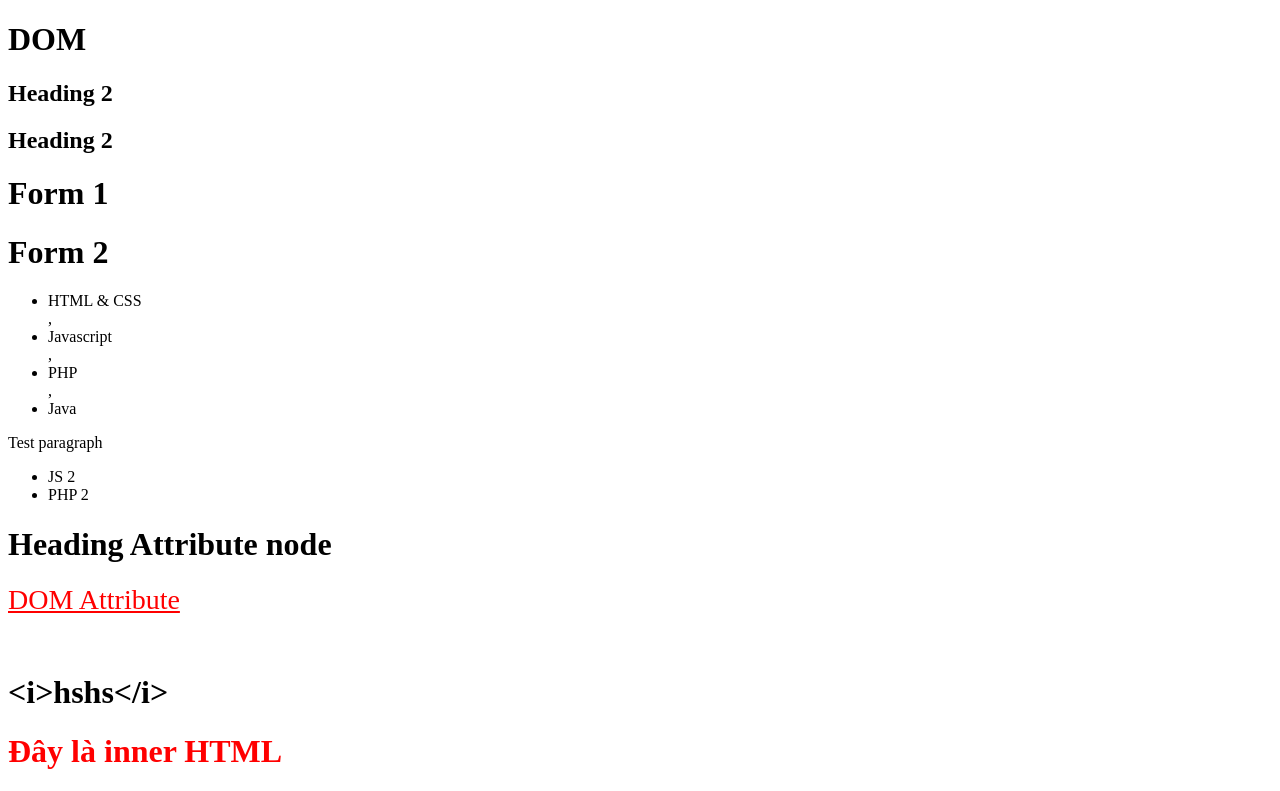
Repository: tannv3201/learn_JS_F8
Page: DOM/index.html
These files come from the project's save history. The page is drawn as it stood at one moment and after the next save; the edit follows.
The browser window is 1280 px wide. The pictures show the whole page.

Above is the page before, as saved 2022-08-07 10:06:15.

### DOM/index.html
<!DOCTYPE html>
<html lang="en">

<head>
  <meta charset="UTF-8" />
  <meta http-equiv="X-UA-Compatible" content="IE=edge" />
  <meta name="viewport" content="width=device-width, initial-scale=1.0" />
  <title>DOM</title>
</head>

<body>
  <h1 id="heading">DOM</h1>
  <h2 class="sub-heading"></h2>
  <h2 class="sub-heading"></h2>
  <h2 class="sub-heading"></h2>
  <p></p>
  <p></p>
  <div class="box">
    <h2 class="heading-2">Heading 2</h2>
    <h2 class="heading-2">Heading 2</h2>
  </div>

  <form action="" id="form1">
    <h1>Form 1</h1>
  </form>
  <form action="" id="form2">
    <h1>Form 2</h1>
  </form>

  <a href="" name="youtube"></a>

  <div class="box-1">
    <ul>
      <li>JS 1</li>
      <li>PHP 1</li>
    </ul>
    <p>Test paragraph</p>
  </div>
  <div class="box-2">
    <ul>
      <li>JS 2</li>
      <li>PHP 2</li>
    </ul>
  </div>

  <div class="box-attr">
    <h1 id="heading-attr" class="heading-attr" title="Heading">
      Heading Attribute node
    </h1>
  </div>

  <a id="dom-attr" contenteditable="">
    DOM Attribute
  </a>

  <h1 class="heading-innertext">
    Heading Text
    <style>
      .boxx {
        width: 100px;
        height: 100px;
      }
    </style>
  </h1>

  <!-- innerHTML & outerHTML -->
  <div class="box-element">

  </div>
  <ul class="courses-list">

  </ul>
  <script src="./main.js"></script>
</body>

</html>

### DOM/main.js
/**
 * DOM:
  Là quy chuẩn mô tả mô hình của các thành phần trong tài liệu HTML được đưa ra bởi W3C.
 - DOM (Document Object Model) có 3 thành phần:
    1. Element
    2. Attribute
    3. Text
 */

/**
 * DOM API
 Là bộ API nằm trong Web API có mặt trên những môi trường hỗ trợ duyệt web - như trên trình duyệt. DOM API cung cấp các đối tượng và phương thức hỗ trợ truy xuất, chỉnh sửa các đối tượng / thành phần trong DOM.
 */

/**
 * JS cung cấp phương tiện truy xuất HTML DOM
 * JS: Brower | Server (NodeJS)
 * Brower: HTML -> DOM -> DOM API
 * API: Application Programming Interface
 */

/**
 * Document object
 */

// Get element methods
// ID
// var headingNode = document.getElementById('heading')
// console.log(headingNode)

// query selector
var headingNode = document.querySelector('.box .heading-2:nth-child(2)')
console.log('querySelector', headingNode)

var headingNodes = document.querySelectorAll('.heading-2')
console.log('querySelectorAll', headingNodes)
console.log('querySelectorAll[]',headingNodes[0])

// Collection (a, form, images, ...)
console.log('document.forms[\'form1\']',document.forms['form1'])
console.log('document.forms',document.forms)
console.log('document.forms.form2', document.forms.form2)
console.log('document.anchors',document.anchors) // trả về các thẻ a có attribute name=""


// class: lấy ra số nhiều (mảng)
var subHeadingNodes = document.getElementsByClassName('sub-heading')
console.log('getElementsByClassName', subHeadingNodes)

// tag : tương tự như class
var tagName = document.getElementsByTagName('p')
console.log(tagName)


// Ví dụ
var boxNode =
    document.querySelector('.box-1');
// Công việc 1: sử dụng `boxNode`
console.log(boxNode)

// Công việc 2: sử dụng tới các li element là con của `.box-1`
console.log(boxNode.querySelectorAll('li'))
console.log(boxNode.querySelector('p'))

// 1. getElementById: trả về trực tiếp Element
// 2. getElementsByClassName: trả về HTMLCollection (mảng), muốn get Element phải dùng index []
console.log('querySelectorAll[]',headingNodes[0])
// 3. getElementsByTagName: trả về HTMLCollection (mảng)
// 4. querySelector: trả về trực tiếp Element
// 5. querySelectorAll: trả về NodeList
// 6. HTML Collection (form, a, images, ...)
console.log('document.forms',document.forms)
console.log('document.forms[\'form1\']',document.forms['form1'])
console.log('document.forms[O]',document.forms[0])
console.log('document.forms.form2', document.forms.form2)

// 7. document.write: in ra ngay sau khi được thực thi

//*******************************************************************

// Attribute node & Text node
// Được lấy ra từ node Element

// ******************************************************************
// DOM attributes

// seter: set giá trị bằng toán tử gán
var domAttr = document.querySelector('#dom-attr')
domAttr.title = 'heading' //chỉ xuất hiện khi js được thực thi
domAttr.className = 'className'
domAttr.href = '#'
console.log(domAttr)

// Set attribute không hợp lệ cho một Element nào đó (set tùy biến)
// setAttribute(tên attr, giá trị của attr)
domAttr.setAttribute('alt', '#')

// get value của attribute
// Được thêm HTML hay JS element tồn tại trong DOM -> đều có thể get được
//
console.log(domAttr.getAttribute('id'))
console.log(domAttr.getAttribute('title'))
console.log(domAttr.title) // chỉ dùng khi attribute hợp lệ
domAttr.setAttribute('style','font-size:28px; color:red;')


// *****************************************************************
// InnerText vs textContent Property:

// innerText: là thuộc tính của ElementNode (phải đi qua Node này)
// innerText:
// Chỉ lấy ra những gì hiển thị trên trình duyệt
// dùng ES6 ``. các khoảng cách sẽ chuyển thành thẻ <br>
var headingElement = document.querySelector('.heading-innertext')
console.log('inner Text: ',headingElement.innerText)
// headingElement.innerText = 'New Heading'

// textContent
// Bỏ qua các tag nhưng vẫn Lấy ra khoảng cách thực sự của Element, kể cả là css
// dùng ES6 ``. vẫn hiển thị khoảng cách nhưng HTML không hiểu

console.log('text Content: ',headingElement.textContent)
 headingElement.innerText = `
 <i>hshs</i>`
console.log('inner Text: ',headingElement.innerText)


// ******************************************************************
// Thêm attributeNode, textNode, Element vào trong 1 Element trong DOM
// innerHTML & outerHTML là 2 thuộc tính của ElementNode
// InnerHTML
    var boxElement = document.querySelector('.box-element');
    boxElement.innerHTML = '<h1 style="color:red;">Đây là inner HTML</h1>' //Thêm trực tiếp dưới dạng ElementNode, bỏ tag đi sẽ thành textNode
    console.log(boxElement.querySelector('h1').innerText)

// OuterHTML

    // Bài tập
    var coursess = ['HTML & CSS', 'Javascript', 'PHP', 'Java']

    function render(courses) {
        const ul = document.querySelector('ul');
        const output = courses.map((items)=>{
            return `<li>${items}</li>`
        })
        // output.join('') có hoặc k đều được
        ul.innerHTML = output

    }
    render(coursess)

    // ****************************************
    // Node properties
    console.log(boxElement.baseURI)

After the next save:
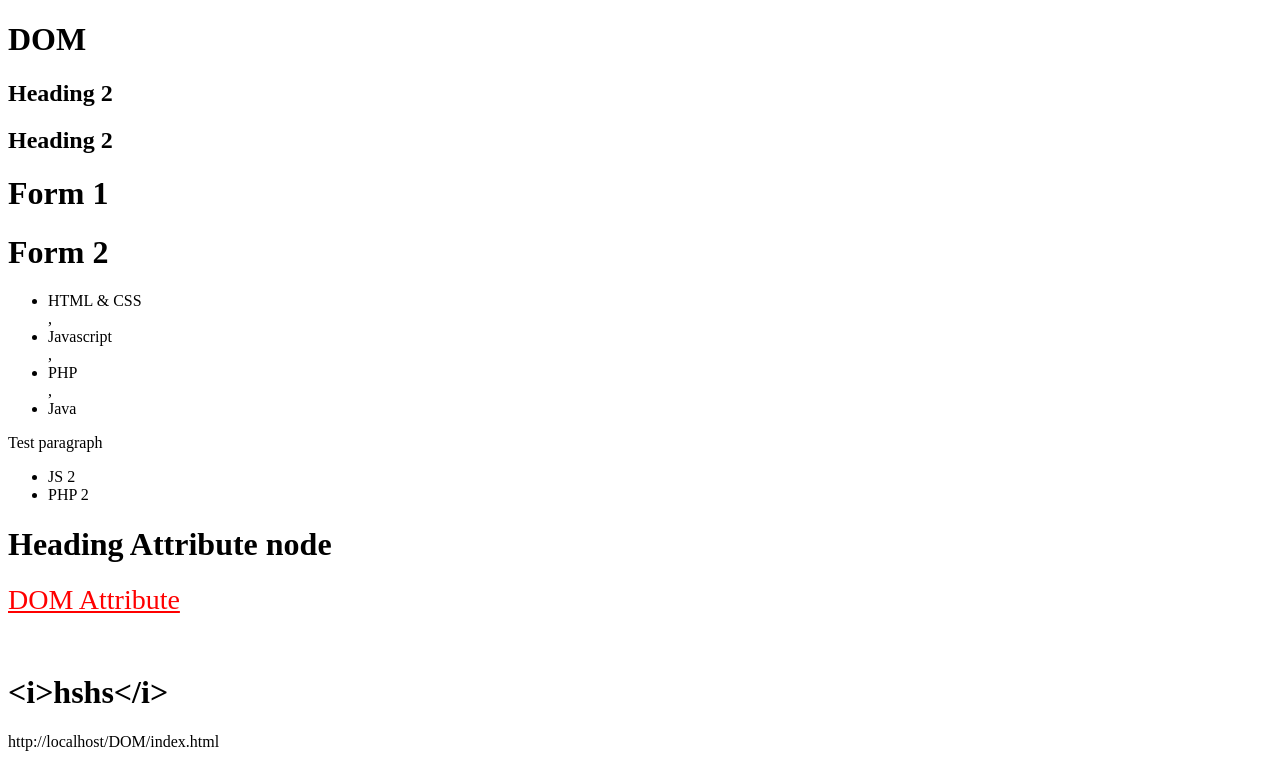
Saved 33 s later.
--- a/DOM/main.js
+++ b/DOM/main.js
@@ -152,3 +152,4 @@ console.log('inner Text: ',headingElement.innerText)
     // ****************************************
     // Node properties
     console.log(boxElement.baseURI)
+    boxElement.innerHTML = boxElement.baseURI

After the save that followed:
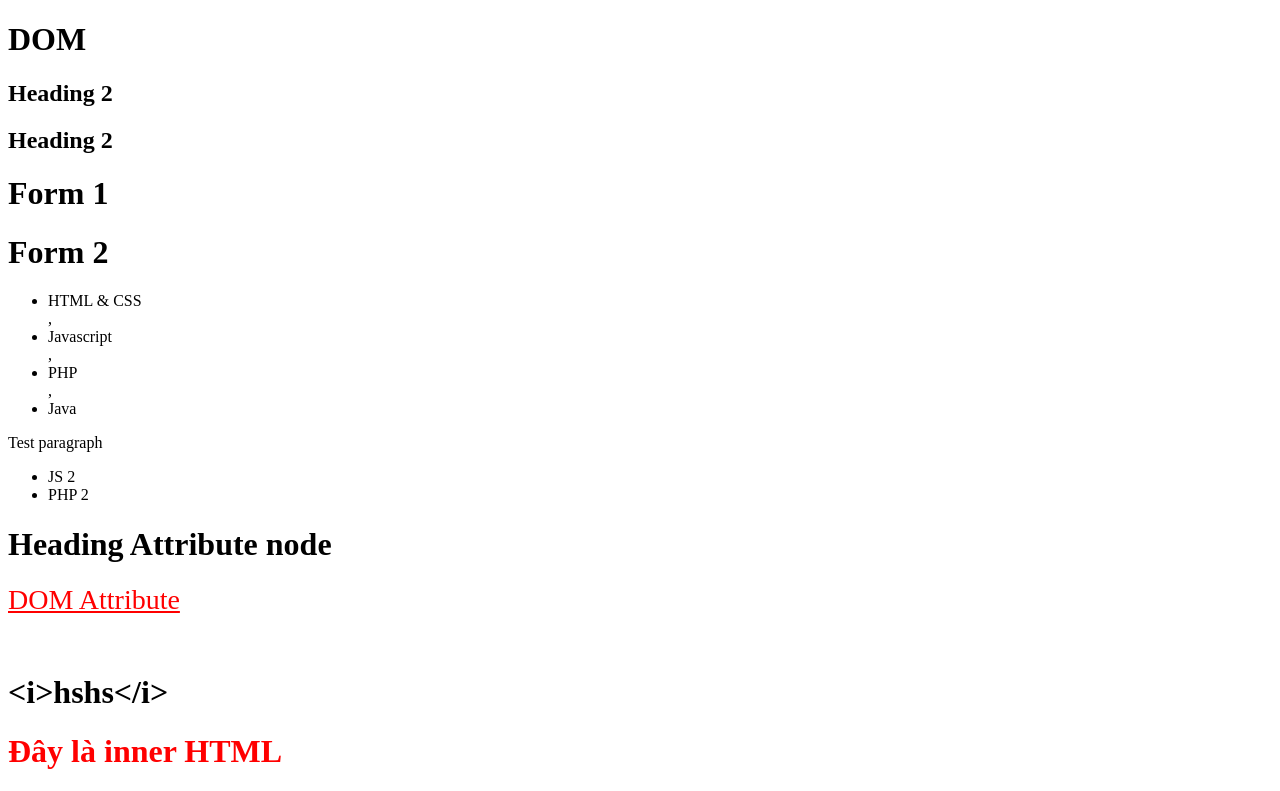
Saved 6 s later.
--- a/DOM/main.js
+++ b/DOM/main.js
@@ -152,4 +152,3 @@ console.log('inner Text: ',headingElement.innerText)
     // ****************************************
     // Node properties
     console.log(boxElement.baseURI)
-    boxElement.innerHTML = boxElement.baseURI
